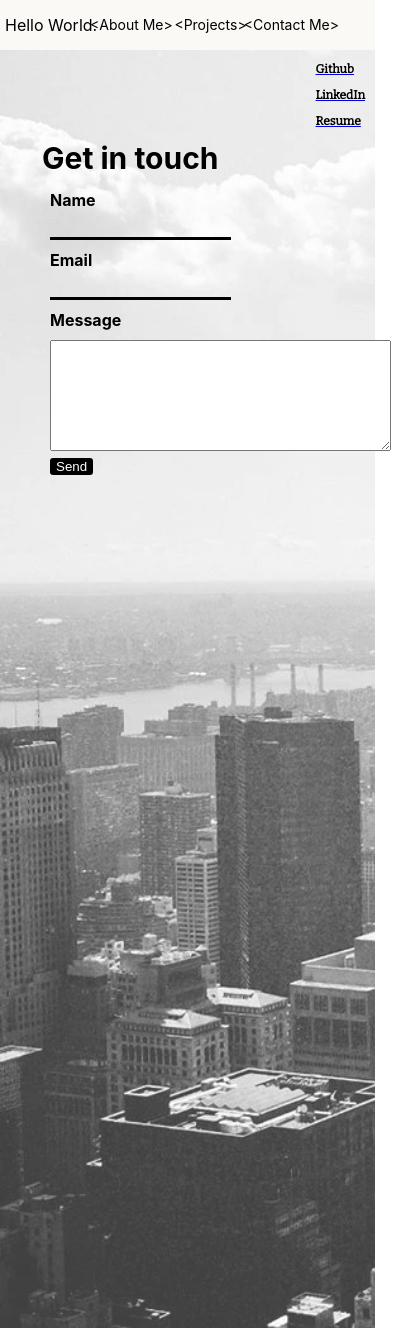
Repository: ghend99/website_ethan_pratt
Page: /contact
These files come from the project's save history. The page is drawn as it stood at one moment and after the next save; the edit follows.
The browser window is 375 px wide. The page is 393 px wide, then 375 px, so the pictures cover 393 px, including what lies to the right of the window. The pictures show the whole page.
The project was rebuilt for these pictures with package versions that can differ from the ones it lists, and the page was loaded fresh each time. Also part of the build but not shown: src/pages/home.js, src/css/about.css, src/pages/about.js, src/pages/project.js.

Above is the page before, as saved 2023-04-25 10:10:28.

### public/index.html
<!DOCTYPE html>
<html lang="en">
  <head>
    <meta charset="utf-8" />
    <link rel="icon" href="%PUBLIC_URL%/favicon.ico" />
    <meta name="viewport" content="width=device-width, initial-scale=1" />
    <meta name="theme-color" content="#000000" />
    <meta
      name="description"
      content="Web site created using create-react-app"
    />
    <link rel="apple-touch-icon" href="%PUBLIC_URL%/logo192.png" />
    <!--
      manifest.json provides metadata used when your web app is installed on a
      user's mobile device or desktop. See https://developers.google.com/web/fundamentals/web-app-manifest/
    -->
    <link rel="manifest" href="%PUBLIC_URL%/manifest.json" />
    <!--
      Notice the use of %PUBLIC_URL% in the tags above.
      It will be replaced with the URL of the `public` folder during the build.
      Only files inside the `public` folder can be referenced from the HTML.

      Unlike "/favicon.ico" or "favicon.ico", "%PUBLIC_URL%/favicon.ico" will
      work correctly both with client-side routing and a non-root public URL.
      Learn how to configure a non-root public URL by running `npm run build`.
    -->
    <title>Ethan Pratt | Junior Front-End Developer</title>
  </head>
  <body>
    <noscript>You need to enable JavaScript to run this app.</noscript>
    <div id="root"></div>
    <!--
      This HTML file is a template.
      If you open it directly in the browser, you will see an empty page.

      You can add webfonts, meta tags, or analytics to this file.
      The build step will place the bundled scripts into the <body> tag.

      To begin the development, run `npm start` or `yarn start`.
      To create a production bundle, use `npm run build` or `yarn build`.
    -->
  </body>
</html>

### src/App.js
import { BrowserRouter as Router, Routes, Route } from "react-router-dom";
import { Home } from "./pages/home";
import { About } from "./pages/about.js";
import { Project } from "./pages/project.js";
import { Contact } from "./pages/contact.js";

function App() {
  return (
    <div className="App">
      <Router>
        <Routes>
          <Route path="/" element={<Home />} />
          <Route path="/projects" element={<Project />} />
          <Route path="/about" element={<About />} />
          <Route path="/contact" element={<Contact />} />
        </Routes>
      </Router>
    </div>
  );
}

export default App;

### src/pages/contact.js
import React, { useRef } from "react";
import emailjs from "@emailjs/browser";
import { Header } from "../components/header.js";
import "../css/contact.css";

export const Contact = () => {
  const form = useRef();

  const sendEmail = (e) => {
    e.preventDefault();

    emailjs
      .sendForm(
        "service_baem50f",
        "template_3lrlcby",
        form.current,
        "PLR_fdQuEr_RCEmkO"
      )
      .then(
        (result) => {
          alert(`Message Sent`);
          console.log(result.text);
          e.target.reset();
        },
        (error) => {
          console.log(error.text);
        }
      );
  };
  return (
    <div>
      <div className="bg">
        <Header />
        <div id="contact-container">
          <h1 className="contact-header">Get in touch</h1>
          <div id="contact-form">
            <form ref={form} onSubmit={sendEmail}>
              <label className="form-name-header">Name</label>
              <input className="form-name-input" type="text" name="user_name" />
              <label className="form-email-header">Email</label>
              <input
                className="form-email-input"
                type="email"
                name="user_email"
              />
              <label className="form-message-header">Message</label>
              <textarea
                className="form-message-input"
                name="message"
                rows="7"
                cols="40"
              />
              <input className="form-submit" type="submit" value="Send" />
            </form>
          </div>
        </div>
      </div>
    </div>
  );
};

### src/components/header.js
import React, { useState } from "react";
import { Link } from "react-router-dom";
import "../css/header.css";
import github from "../images/github.png";
import linkedin from "../images/linkedin.png";
import resume from "../images/resume.png";
import menu from "../images/menu.png";

export const Header = () => {
  return (
    <div className="header-container">
      <Link className="header-title" to="/">
        Hello World.
      </Link>
      <Link id="header-nav" className="header-projects" to="/projects">
        &lt;Projects&gt;
      </Link>
      <Link id="header-nav" className="header-about" to="/about">
        &lt;About Me&gt;
      </Link>
      <Link id="header-nav" className="header-contact" to="/contact">
        &lt;Contact Me&gt;
      </Link>
      <a href="https://github.com/ghend99" target={"_blank"}>
        <img id="header-socials" className="header-github" src={github} />
      </a>
      <a href="https://www.linkedin.com/in/ethanapratt/" target={"_blank"}>
        <img id="header-socials" className="header-linkedin" src={linkedin} />
      </a>
      <a
        href="https://acrobat.adobe.com/link/review?uri=urn:aaid:scds:US:da99c37f-c24d-3e9b-a6fa-3d40d675b989"
        target={"_blank"}
      >
        <img id="header-socials" className="header-resume" src={resume} />
      </a>

      <div className="header-socials-list">
        <a href="https://github.com/ghend99" target={"_blank"}>
          <p className="header-socials-text">Github</p>
        </a>
        <a href="https://www.linkedin.com/in/ethanapratt/" target={"_blank"}>
          <p className="header-socials-text">LinkedIn</p>
        </a>
        <a
          href="https://acrobat.adobe.com/link/review?uri=urn:aaid:scds:US:da99c37f-c24d-3e9b-a6fa-3d40d675b989"
          target={"_blank"}
        >
          <p className="header-socials-text">Resume</p>
        </a>
      </div>
    </div>
  );
};

### src/css/home.css
@import url("https://fonts.googleapis.com/css2?family=Bitter&display=swap");

#center-container {
  position: relative;
  max-width: 25%;
  min-width: 500px;
  height: 20%;
  border-bottom: solid;
  /* background-color: aqua; */
  margin-left: auto;
  margin-right: auto;
  top: 10%;
  text-align: center;
  padding: 70px 0;
}

.home-name {
  top: 0;
  font-size: 50px;
  font-weight: bold;
}

.home-job-title {
  font-size: 32px;
  font-family: "Bitter";
}

.home-resume,
.home-github,
.home-linkedin {
  position: absolute;
  bottom: -50px;
  text-decoration: none;
  color: black;
  font-size: 20px;
  font-weight: bold;
  height: 50px;
  padding-bottom: 10px;
}

.home-resume:hover,
.home-github:hover,
.home-linkedin:hover {
  border-bottom: solid;
}

.home-github {
  left: 0;
}

.home-linkedin {
  left: 45%;
}

.home-resume {
  right: 0;
}

@media screen and (min-width: 0) and (max-width: 708px) {
  #center-container {
    min-width: 350px;
  }

  .home-linkedin {
    left: 140px;
  }
}

### src/css/header.css
@import url("https://fonts.googleapis.com/css2?family=Bitter&display=swap");

.header-socials-text {
  color: black;
  text-decoration: none;
  border-bottom: none;
}

.header-container {
  position: relative;
  display: flex;
  flex-direction: row;
  max-width: 100%;
  min-width: 530px;
  max-height: 200px;
  min-height: 50px;
  background-color: #faf9f6;
  /* padding-top: 20px; */
}

.header-title {
  position: absolute;
  left: 5px;
  margin: 0;
  margin-right: clamp(20px, 50px, 30px);
  font-size: clamp(1rem, 4vw, 1.7rem);
  top: 8px;
  text-decoration: none;
  color: black;
}

#header-nav {
  position: absolute;
  display: flex;
  font-size: clamp(1rem, 4vw, 1.5rem);
  margin: 0;
  margin-right: clamp(20px, 50px, 30px);
  top: 8px;
}

.header-projects {
  left: clamp(30%, 46.5%, 60%);
  text-decoration: none;
  color: black;
}

.header-about {
  margin: 0;
  margin-left: 50px;
  margin-right: 100px;
  left: clamp(5px, 24%, 55%);
  text-decoration: none;
  color: black;
}

.header-contact {
  left: clamp(20%, 65%, 70%);
  text-decoration: none;
  color: black;
}

#header-socials {
  max-width: 11%;
  min-width: 35px;
  max-height: 50%;
  min-height: 10px;
  top: 15px;
  cursor: pointer;
}

#header-nav:hover {
  border-bottom: solid;
}

.header-github {
  position: absolute;
  right: clamp(10px, 12%, 110px);
}

.header-linkedin {
  position: absolute;
  right: clamp(5px, 10%, 60px);
}

.header-resume {
  position: absolute;
  right: clamp(10px, 10%, 10px);
}

.bg {
  position: relative;
  max-width: 100%;
  min-width: 650px;
  height: 100%;
  min-height: 83rem;
  background-size: cover;
  background-repeat: no-repeat;
  background-position: center center;
}

.bg::before {
  content: "";
  background-image: url(../images/background-image.jpg);
  background-size: cover;
  position: absolute;
  top: 0px;
  right: 0px;
  bottom: 0px;
  left: 0px;
  opacity: 0.75;
}

.header-socials-list {
  position: absolute;
  right: 10px;
  top: 50px;
  font-size: 12px;
  font-weight: bold;
  font-family: "Bitter";
  color: black;
  opacity: 0;
  transition: all 0.2s;
}

@media screen and (min-width: 0) and (max-width: 1028px) {
  #header-socials {
    display: none;
  }

  .header-socials-list {
    opacity: 1;
  }
}

@media screen and (min-width: 0) and (max-width: 612px) {
  #header-nav {
    top: 13px;
    font-size: 22px;
  }

  .header-socials-menu {
    top: 15px;
    right: 10px;
    width: 20px;
    height: 20px;
  }
}

@media screen and (min-width: 0) and (max-width: 554px) {
  #header-nav {
    font-size: 20px;
  }

  .header-title {
    top: 15px;
    font-size: 16px;
  }
}

@media screen and (min-width: 0) and (max-width: 425px) {
  .header-container {
    min-width: 150px;
  }

  #header-nav {
    font-size: 14px;
    top: 16px;
  }

  .bg {
    min-width: 170px;
  }
}

@media screen and (min-width: 0) and (max-width: 320px) {
  .header-title {
    font-size: 14px;
    margin-right: 60px;
  }

  #header-nav {
    min-width: 100px;
    font-size: 12px;
  }

  .header-about {
    left: 85px;
  }

  .header-projects {
    left: 160px;
  }

  .header-contact {
    position: absolute;
    left: 220px;
  }
}

### src/css/project.css
@import url("https://fonts.googleapis.com/css2?family=Bitter&display=swap");

#projects-container {
  position: absolute;
  display: grid;
  grid-template-columns: 1fr 1fr 1fr 1fr;
  grid-template-rows: 3fr;
  max-width: 80%;
  min-width: 70%;
  max-height: 400vh;
  min-height: 150px;
  /* background-color: blue; */
  /* opacity: 0.7; */
  left: 10%;
  top: 10%;
}

#single-project {
  position: relative;
  max-width: 100%;
  max-height: 600px;
  min-height: 100%;
  border: solid;
  text-align: center;
  background-color: #faf9f6;
}

.project-name {
  font-family: "Bitter";
  font-size: clamp(18px, 24px, 30px);
}

#project-image {
  position: relative;
  max-width: 80%;
  max-height: 75%;
  min-height: 20%;
  top: -10px;
  margin-left: auto;
  margin-right: auto;
}

.image {
  width: 70%;
}

#project-stacks-used {
  margin: 0;
  top: 300px;
}

.project-footer {
  position: absolute;
  display: grid;
  grid-template-columns: 1fr 1fr 1fr;
  text-align: center;
  width: 100%;
  height: 6%;
  bottom: 10px;
}

.source-link,
.source-demo,
.project-info {
  position: absolute;
  text-decoration: none;
  color: black;
  font-size: clamp(0.8rem, 0.5vw, 0.8rem);
  font-weight: bold;
  height: 20px;
  cursor: pointer;
}

.source-link {
  left: 5px;
}

.source-demo {
  right: 5px;
}

#project-information {
  font-size: 14px;
}

.source-link:hover,
.source-demo:hover,
.project-info:hover {
  border-bottom: solid;
}

@media screen and (min-width: 0) and (max-width: 1028px) {
  /* #project-container {
    grid-template-columns: 1fr 1fr 1fr;
  } */

  /* #single-project {
    height: 50%;
  } */

  .project-footer {
    grid-template-rows: 0.5fr;
    bottom: 0;
  }

  .source-link,
  .source-demo,
  .project-info {
    font-size: 10px;
    font-weight: bold;
  }

  .source-link {
    margin: 0;
  }

  .source-demo {
    margin: 0;
    right: 7px;
  }

  .project-info {
    margin: 0;
    top: -4px;
  }
}

@media screen and (min-width: 0) and (max-width: 708px) {
  #projects-container {
    grid-template-columns: 1fr 1fr;
    grid-template-rows: 1fr 1fr;
  }

  .project-footer {
    bottom: 0;
  }

  .source-link,
  .source-demo,
  .project-info {
    font-size: 8px;
  }

  #single-project {
    min-height: 410px;
  }

  #project-information {
    font-size: 12px;
  }
}

### src/css/contact.css
#contact-container {
  position: relative;
  max-width: 40%;
  min-width: 30%;
  height: 360px;
  top: 40px;
  margin-left: auto;
  margin-right: auto;
}

.contact-header {
  position: absolute;
  top: 0;
  left: -8px;
  font-size: clamp(1rem, 4vw, 7rem);
  margin: 0;
}

#contact-form {
  position: relative;
  width: 100%;
  height: 300px;

  top: 140px;
}

.form-name-input,
.form-email-input {
  background-color: transparent;
  border: none;
  border-bottom: solid;
  outline: none;
}

.form-name-header {
  position: absolute;
  top: 0;
  left: 0;
  font-weight: bold;
}

.form-name-input {
  position: absolute;
  top: 30px;
  left: 0;
}

.form-email-header {
  position: absolute;
  top: 60px;
  left: 0;
  font-weight: bold;
}

.form-email-input {
  position: absolute;
  top: 90px;
  left: 0;
}

.form-message-header {
  position: absolute;
  top: 120px;
  left: 0;
  font-weight: bold;
}

.form-message-input {
  position: absolute;
  top: 150px;
  left: 0;
}

.form-submit {
  position: relative;
  top: 265px;
  background-color: black;
  color: white;
  cursor: pointer;
  opacity: 1;
  border: none;
  border-radius: 3px;
}

@media screen and (min-width: 0) and (max-width: 1000px) {
  #contact-form {
    top: 50px;
  }
}

@media screen and (min-width: 0) and (max-width: 500px) {
  .contact-header {
    font-size: 30px;
  }

  #contact-form {
    top: 40px;
  }
}

@media screen and (min-width: 0) and (max-width: 425px) {
  #contact-container {
    position: absolute;
    left: 50px;
    top: 150px;
  }

  .contact-header {
    position: absolute;
    top: -10px;
    min-width: 200px;
  }
}

@media screen and (min-width: 0) and (max-width: 425px) {
  #contact-container {
    left: 50px;
  }
}

Loaded but not shown: src/index.js (common file); src/index.css (common file)

After the next save:
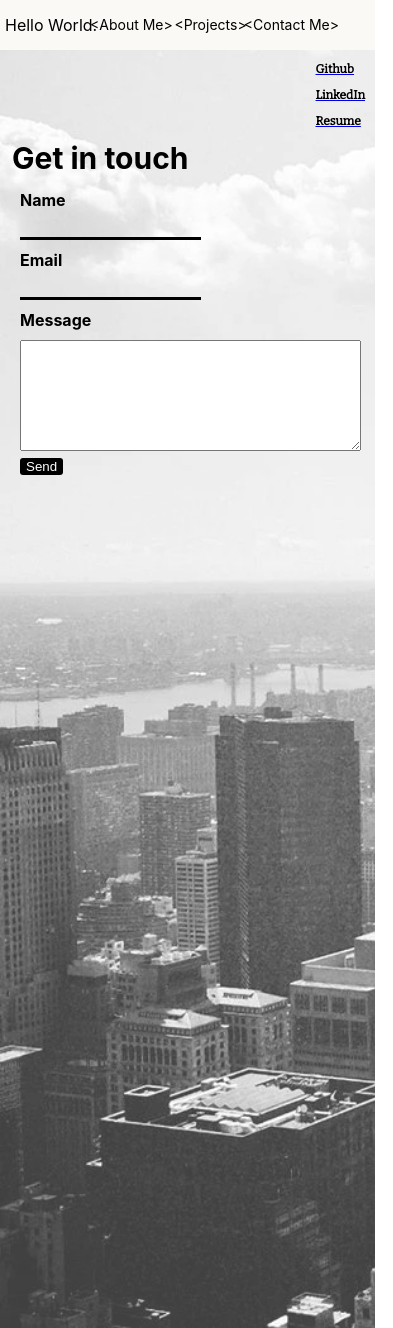
Saved 4 s later.
--- a/src/css/contact.css
+++ b/src/css/contact.css
@@ -114,6 +114,6 @@
 
 @media screen and (min-width: 0) and (max-width: 425px) {
   #contact-container {
-    left: 50px;
+    left: 20px;
   }
 }
